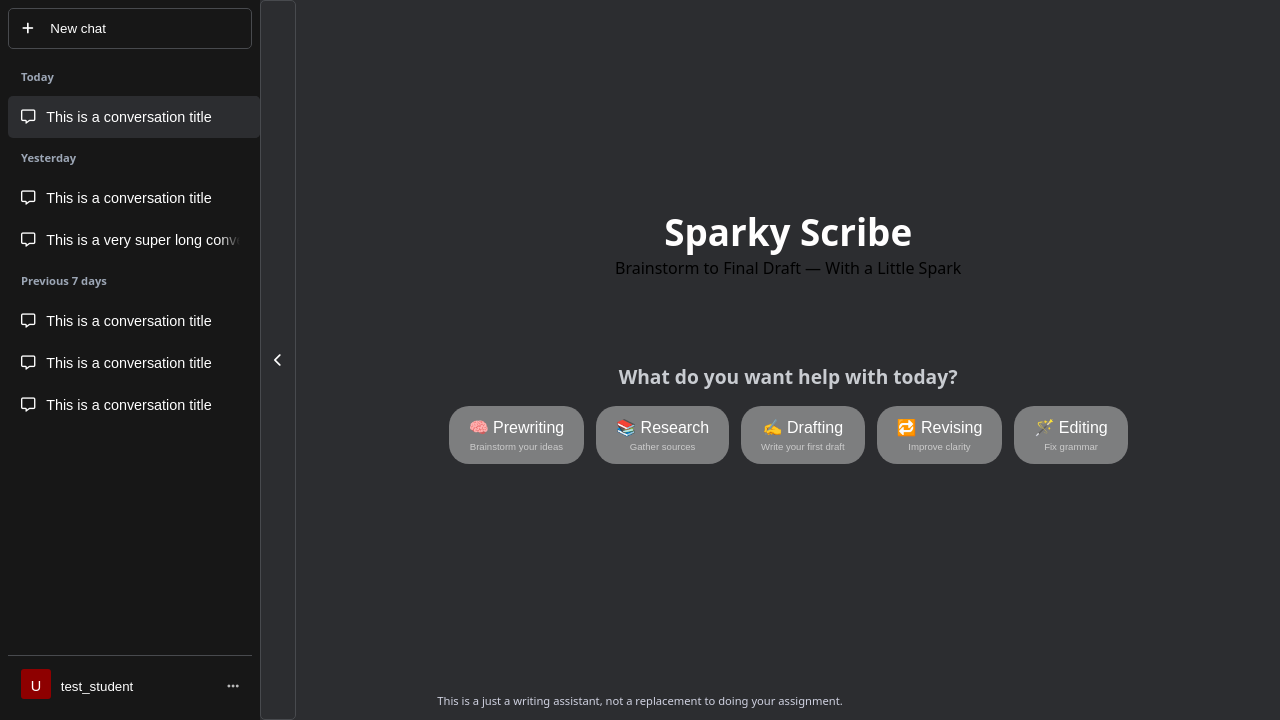
Repository: nysajain/asu-ai-writing-assistant
Page: frontend/index.html
These files come from the project's save history. The page is drawn as it stood at one moment and after the next save; the edit follows.
The browser window is 1280 px wide. The pictures show the whole page.

Above is the page before, as saved 2025-04-21 15:49:41.
Console error: SyntaxError: Invalid or unexpected token

### frontend/index.html
<!DOCTYPE html>
<html lang="en">

<head>
    <meta charset="UTF-8" />
    <meta http-equiv="X-UA-Compatible" content="IE=edge" />
    <meta name="viewport" content="width=device-width, initial-scale=1.0" />
    <link rel="stylesheet" href="style.css" />
    <link rel="stylesheet" href="https://cdnjs.cloudflare.com/ajax/libs/font-awesome/6.4.2/css/all.min.css"
        integrity="sha512-z3gLpd7yknf1YoNbCzqRKc4qyor8gaKU1qmn+CShxbuBusANI9QpRohGBreCFkKxLhei6S9CQXFEbbKuqLg0DA=="
        crossorigin="anonymous" referrerpolicy="no-referrer" />
    <title>Sparky Scribe</title>
    <link rel="icon" type="image/png" href="favicon.png">
</head>

<body>
    <nav id="sidebar">
        <div class="float-top">
            <div class="sidebar-controls">
                <button class="new-chat"><i class="fa fa-plus"></i> New chat</button>
            </div>
            <ul class="conversations">
                <li class="grouping">Today</li>
                <li class="active">
                    <button class="conversation-button"><i class="fa fa-message fa-regular"></i> This is a conversation
                        title</button>
                    <div class="fade"></div>
                    <div class="edit-buttons">
                        <button><i class="fa fa-edit"></i></button>
                        <button><i class="fa fa-trash"></i></button>
                    </div>
                </li>
                <li class="grouping">Yesterday</li>
                <li>
                    <button class="conversation-button"><i class="fa fa-message fa-regular"></i> This is a conversation
                        title</button>
                    <div class="fade"></div>
                    <div class="edit-buttons">
                        <button><i class="fa fa-edit"></i></button>
                        <button><i class="fa fa-trash"></i></button>
                    </div>
                </li>
                <li>
                    <button class="conversation-button"><i class="fa fa-message fa-regular"></i> This is a very super
                        long conversation title that doesn't fit</button>
                    <div class="fade"></div>
                    <div class="edit-buttons">
                        <button><i class="fa fa-edit"></i></button>
                        <button><i class="fa fa-trash"></i></button>
                    </div>
                </li>
                <li class="grouping">Previous 7 days</li>
                <li>
                    <button class="conversation-button"><i class="fa fa-message fa-regular"></i> This is a conversation
                        title</button>
                    <div class="fade"></div>
                    <div class="edit-buttons">
                        <button><i class="fa fa-edit"></i></button>
                        <button><i class="fa fa-trash"></i></button>
                    </div>
                </li>
                <li>
                    <button class="conversation-button"><i class="fa fa-message fa-regular"></i> This is a conversation
                        title</button>
                    <div class="fade"></div>
                    <div class="edit-buttons">
                        <button><i class="fa fa-edit"></i></button>
                        <button><i class="fa fa-trash"></i></button>
                    </div>
                </li>
                <li>
                    <button class="conversation-button"><i class="fa fa-message fa-regular"></i> This is a conversation
                        title</button>
                    <div class="fade"></div>
                    <div class="edit-buttons">
                        <button><i class="fa fa-edit"></i></button>
                        <button><i class="fa fa-trash"></i></button>
                    </div>
                </li>
            </ul>
        </div>
        <div class="user-menu">
            <button>
                <i class="user-icon">u</i>
                test_student
                <i class="fa fa-ellipsis dots"></i>
            </button>
            <ul>
                <li><button>Settings</button></li>
                <li><button>Log out</button></li>
            </ul>
        </div>
    </nav>

    <button class="hide-sidebar" title="Toggle Sidebar"><i class="fa fa-chevron-left"></i></button>

    <main>
        <div class="view new-chat-view">
            <div class="logo">Sparky Scribe</div>
            <p>Brainstorm to Final Draft — With a Little Spark</p>
            <div class="step-selection">
                <p>What do you want help with today?</p>
                <div class="step-buttons">
                    <button class="step-button" data-step="prewriting">
                        🧠 Prewriting
                        <span class="desc">Brainstorm your ideas</span>
                    </button>
                    <button class="step-button" data-step="research">
                        📚 Research
                        <span class="desc">Gather sources</span>
                    </button>
                    <button class="step-button" data-step="drafting">
                        ✍️ Drafting
                        <span class="desc">Write your first draft</span>
                    </button>
                    <button class="step-button" data-step="revising">
                        🔁 Revising
                        <span class="desc">Improve clarity</span>
                    </button>
                    <button class="step-button" data-step="editing">
                        🪄 Editing
                        <span class="desc">Fix grammar</span>
                    </button>
                </div>
            </div>
        </div>

        <div class="view conversation-view" id="prewriting-view" data-step="prewriting">
            <button class="home-icon-button" title="Back to Home"><i class="fa fa-home"></i></button>
            <div class="model-name"><i class="fa fa-pencil"></i> Prewriting</div>
            <div class="messages" id="prewriting-messages"></div>
            <div class="message-form">
                <div class="message-wrapper">
                    <textarea id="message-prewriting" class="message-input" rows="1"
                        placeholder="Send a message"></textarea>
                    <button id="send-prewriting" class="send-button"><i class="fa fa-paper-plane"></i></button>
                </div>
            </div>
        </div>

        <div class="view conversation-view" id="research-view" data-step="research">
            <button class="home-icon-button" title="Back to Home"><i class="fa fa-home"></i></button>
            <div class="model-name"><i class="fa fa-book"></i> Research</div>
            <div class="messages" id="research-messages"></div>
            <div class="message-form">
                <div class="message-wrapper">
                    <textarea id="message-research" class="message-input" rows="1"
                        placeholder="Send a message"></textarea>
                    <button id="send-research" class="send-button"><i class="fa fa-paper-plane"></i></button>
                </div>
            </div>
        </div>

        <div class="view conversation-view" id="drafting-view" data-step="drafting">
            <button class="home-icon-button" title="Back to Home">
                <i class="fa fa-home"></i>
            </button>
            <div class="model-name"><i class="fa fa-keyboard"></i> Drafting</div>
            <div class="messages" id="drafting-messages"></div>
            <div class="message-form">
                <div class="message-wrapper">
                    <textarea id="message-drafting" class="message-input" rows="1"
                        placeholder="Send a message"></textarea>
                    <button id="send-drafting" class="send-button"><i class="fa fa-paper-plane"></i></button>
                </div>
            </div>
        </div>


        <div class="view conversation-view" id="revising-view" data-step="revising">
            <button class="home-icon-button" title="Back to Home"><i class="fa fa-home"></i></button>
            <div class="model-name"><i class="fa fa-sync"></i> Revising</div>
            <div class="messages" id="revising-messages"></div>
            <div class="message-form">
                <div class="message-wrapper">
                    <textarea id="message-revising" class="message-input" rows="1"
                        placeholder="Send a message"></textarea>
                    <button id="send-revising" class="send-button"><i class="fa fa-paper-plane"></i></button>
                </div>
            </div>
        </div>

        <div class="view conversation-view" id="editing-view" data-step="editing">
            <button class="home-icon-button" title="Back to Home"><i class="fa fa-home"></i></button>
            <div class="model-name"><i class="fa fa-spell-check"></i> Editing</div>
            <div class="messages" id="editing-messages"></div>
            <div class="message-form">
                <div class="message-wrapper">
                    <textarea id="message-editing" class="message-input" rows="1"
                        placeholder="Send a message"></textarea>
                    <button id="send-editing" class="send-button"><i class="fa fa-paper-plane"></i></button>
                </div>
            </div>
        </div>
        <div class="disclaimer">
            This is a just a writing assistant, not a replacement to doing your assignment.
        </div>
    </main>

    <script src="script.js"></script>
</body>

</html>

### frontend/style.css
html,
body {
    width: 100%;
    height: 100%;
    margin: 0;
    padding: 0;
}

:root {
    --color-white: #fff;
    --color-main: #2c2d30;
    --color-main-fade: #2c2d3000;
    --color-secondary: #171717;
    --color-secondary-fade: #17171700;
    --color-button-hover: #242629;
    --color-button-hover-fade: #24262900;
    --color-user-icon: #8e0000;
    --color-groupings: #9ca6b5;
    --color-gpt-icon: #000000;
    --color-black: #1e1e1f;
    --color-user-menu-hover: #383b42;
    --color-text: #f5f9ff;
    --color-gpt3: #5fc319;
    --color-gpt4: #f22626;
    --color-secondary-p: #c9ccd1;
    --color-logo: #fffefe;
    --color-model-name: #ffffff;
    --color-assistant-bg: #3f4042;
    --color-assistant-text: #e1e6ed;
    --color-disclaimer: #d0d2e1;
    --color-border1: #484a4e;
    --color-user-menu-border: #34373a;
    --color-user-menu-selected-border: #4a5562;
    --color-border2: #292d32;
    --color-user-message-border: #2f353d;
}

body {
    background: var(--color-main);
    display: flex;
    font-size: 1em;
    font-family: system-ui, sans-serif;
}

#sidebar {
    position: relative;
    left: 0;
    background: var(--color-secondary);
    width: 260px;
    padding: 8px;
    box-sizing: border-box;
    display: flex;
    justify-content: space-between;
    flex-direction: column;
    transition: all 0.2s ease-in-out;
}

.float-top {
    display: flex;
    flex-direction: column;
    height: calc(100% - 50px);
}

#sidebar.hidden {
    left: -260px;
    margin-right: -260px;
}

#sidebar.hidden .hide-sidebar {
    left: 60px;
    transform: rotate(180deg);
    padding: 15px 13px 11px 13px;
}

button {
    display: block;
    background: inherit;
    border: 1px solid var(--color-border1);
    border-radius: 5px;
    color: var(--color-white);
    padding: 13px;
    box-sizing: border-box;
    text-align: left;
    cursor: pointer;
}

button:hover {
    background: var(--color-button-hover);
}

.sidebar-controls {
    display: flex;
    gap: 10px;
    margin-bottom: 8px;
}

.sidebar-controls button {
    padding: 12px 13px 12px 13px;
    color: white
}

.hide-sidebar {
    position: relative;
    left: 0;
    top: 0;
    transition: all 0.2s ease-in-out;
    transform: rotate(0deg);
}

.new-chat i {
    margin-right: 13px;
}

.new-chat {
    flex: 1;
}

.conversations {
    width: calc(100% + 8px);
    overflow-y: scroll;
}

.conversations,
.conversations li {
    list-style: none;
    list-style-type: none;
    margin: 0;
    padding: 0;
}

.conversations li {
    position: relative;
}

.conversations li .fa {
    margin-right: 7px;
}

.conversations li>button {
    width: 100%;
    border: none;
    font-size: 0.9em;
    white-space: nowrap;
    overflow: hidden;
}

.conversations li.active>button {
    background: var(--color-main);
}

.edit-buttons {
    display: none;
    position: absolute;
    right: 8px;
    top: 0;
}

.conversations li:hover .edit-buttons {
    display: flex;
}

.fade {
    position: absolute;
    right: 0;
    top: 0;
    background: var(--color-user-icon);
    width: 40px;
    height: 100%;
    border-radius: 5px;
    background: transparent;
    background: linear-gradient(90deg, var(--color-secondary-fade) 0%, var(--color-secondary) 50%);
}

.conversations li.active .fade {
    background: linear-gradient(90deg, var(--color-main-fade) 0%, var(--color-main) 50%);
}

.conversations li:hover .fade {
    width: 80px;
    background: linear-gradient(90deg, var(--color-button-hover-fade) 0%, var(--color-button-hover) 30%);
}

.edit-buttons button {
    border: none;
    padding: 0;
    margin: 13px 1px 13px 1px;
    opacity: 0.7;
}

.edit-buttons button:hover {
    background: none;
    opacity: 1;
}

.conversations li.grouping {
    color: var(--color-groupings);
    font-size: 0.7em;
    font-weight: bold;
    padding-left: 13px;
    margin-top: 12px;
    margin-bottom: 12px;
}

i.user-icon {
    padding: 6px;
    color: var(--color-white);
    background: var(--color-user-icon);
    display: inline-block;
    text-align: center;
    width: 15px;
    border-radius: 3px;
    margin-right: 6px;
    font-style: normal;
    width: 18px;
    height: 18px;
    font-size: 15px;
    text-transform: uppercase;
    font-family: system-ui, sans-serif;
}

.gpt.user-icon {
    background: var(--color-gpt-icon);
}

.user-menu {
    position: relative;
    border-top: 1px solid var(--color-border1);
}

.user-menu button {
    width: 100%;
    border: none;
}

.user-menu .dots {
    position: relative;
    top: 11px;
    float: right;
    opacity: 0.7;
}

.user-menu>ul,
.user-menu li {
    list-style: none;
    list-style-type: none;
    padding: 0;
    margin: 0;
}

.user-menu>ul {
    display: none;
    position: absolute;
    top: 0;
    left: 0;
    opacity: 0;
    transform: translateY(-100%);
    background: var(--color-black);
    border-radius: 10px;
    width: 100%;
    transition: all 0.2s ease-in-out;
}

.user-menu>ul.show-animate {
    display: block;
}

.user-menu>ul.show {
    opacity: 1;
    margin-top: -8px;
}

.user-menu li button {
    border-radius: 0;
}

.user-menu li button:hover {
    background: var(--color-user-menu-hover);
}

.user-menu li:first-child button {
    border-top-left-radius: 5px;
    border-top-right-radius: 5px;
}

.user-menu li:last-child button {
    border-top: 1px solid var(--color-user-menu-border);
    border-bottom-left-radius: 5px;
    border-bottom-right-radius: 5px;
}

::-webkit-scrollbar {
    width: 9px;
}

::-webkit-scrollbar-track {
    background-color: transparent;
}

::-webkit-scrollbar-thumb {
    background-color: transparent;
}

:hover::-webkit-scrollbar-thumb {
    background-color: var(--color-text)c3;
    border-radius: 5px;
}

::-webkit-scrollbar-thumb:hover {
    background-color: var(--color-text);
    border-radius: 5px;
}

main {
    width: 100%;
    margin: 0 auto;
    display: flex;
    flex-direction: column;
    align-content: center;
    justify-content: space-between;
    padding: 0 0 30px 0;
    box-sizing: border-box;
    position: relative;
}

main .view {
    display: flex;
    flex-direction: column;
}

.logo {
    position: relative;
    z-index: 1;
    color: var(--color-logo);
    font-weight: bold;
    text-align: center;
    font-size: 2.3em;
}


.view.new-chat-view {
    display: flex;
    flex-direction: column;
    justify-content: center;
    align-items: center;
    height: 100vh;
}

.step-selection {
    color: var(--color-logo);
    font-weight: bold;
    text-align: center;
    font-size: 2.3em;
    padding: 20px;
}

.view.conversation-view {
    display: none;
    flex-direction: column;
    height: 100vh;
    position: relative;
    padding-bottom: 100px;
}

.model-name {
    background: var(--color-main);
    text-align: center;
    color: var(--color-model-name);
    padding: 23px;
    border-bottom: 1px solid var(--color-border2);
    font-size: 0.85em;
}

.message {
    display: flex;
    gap: 20px;
    padding: 25px 60px 15px 60px;
    border-bottom: 1px solid var(--color-border2);
    font-size: 0.95em;
}

.messages {
    padding-bottom: 120px;
}

.message .content {
    padding-top: 5px;
}

.user.message {
    color: var(--color-text);
}

.assistant.message {
    background: var(--color-assistant-bg);
    color: var(--color-assistant-text);
}


.message-form {
    position: fixed;
    bottom: 40px;
    left: 0;
    right: 0;
    width: 100%;
    display: flex;
    justify-content: center;
    z-index: 100;
    background: transparent;
    padding: 0 20px;
}

.message-wrapper {
    width: 100%;
    max-width: 850px;
    background: var(--color-user-menu-hover);
    border-radius: 25px;
    display: flex;
    align-items: center;
    padding: 10px 20px;
    border: 1px solid var(--color-user-message-border);
    box-shadow: rgba(0, 0, 0, 0.3) 0 0 10px;
}

textarea.message-input {
    background: var(--color-user-menu-hover);
    border-radius: 13px;
    width: 100%;
    box-sizing: border-box;
    border: 1px solid var(--color-user-message-border);
    resize: none;
    padding: 17px 85px 17px 15px;
    font-family: inherit;
    font-size: 1em;
    color: var(--color-white);
    box-shadow: rgba(0, 0, 0, 0.2) 0 0 45px;
    outline: none;
}

textarea.message-input::placeholder {
    color: var(--color-groupings);
}

.send-button {
    background: #4caf50;
    border: none;
    color: white;
    padding: 10px;
    border-radius: 50%;
    margin-left: 12px;
    cursor: pointer;
    font-size: 1.2em;
    flex-shrink: 0;
    display: flex;
    align-items: center;
    justify-content: center;
    min-width: 40px;
    min-height: 40px;
}

.send-button:hover {
    background: #45a049;
}

.disclaimer {
    position: fixed;
    bottom: 0;
    left: 0;
    right: 0;
    margin-top: 12px;
    margin-bottom: 12px;
    color: var(--color-disclaimer);
    font-size: 0.7em;
    text-align: center;
}

p {
    margin: 0 0 1.5em 0;
}

.step-selection {
    text-align: center;
    margin-top: 40px;
}

.step-selection p {
    font-size: 1.2rem;
    margin-bottom: 16px;
    color: var(--color-secondary-p);
}

.step-buttons {
    display: flex;
    flex-wrap: wrap;
    justify-content: center;
    gap: 12px;
}

.step-button {
    padding: 12px 20px;
    font-size: 1rem;
    border: none;
    background-color: #f0f0f069;
    border-radius: 20px;
    cursor: pointer;
    transition: all 0.2s;
    display: flex;
    flex-direction: column;
    align-items: center;
    text-align: center;
}

.step-button .desc {
    font-size: 0.6rem;
    color: #ccc;
    margin-top: 4px;
    font-weight: normal;
}


.step-button:hover {
    background-color: #ddddddb5;
}

.home-icon-button {
    position: absolute;
    top: 16px;
    right: 16px;
    background: none;
    border: none;
    font-size: 1.2rem;
    cursor: pointer;
    color: #555;
    z-index: 10;
}

.home-icon-button:hover {
    color: #cfc9c9c2;
}

.assistant.message .content p {
    margin-bottom: 0.5em;
    line-height: 1.5;
}

.assistant.message .content strong {
    color: #ffecb3;
    font-weight: 600;
}

### frontend/script.js
const sidebar = document.querySelector("#sidebar");
const hide_sidebar = document.querySelector(".hide-sidebar");
const new_chat_button = document.querySelector(".new-chat");

hide_sidebar.addEventListener("click", () => {
    sidebar.classList.toggle("hidden");
});


const user_menu = document.querySelector(".user-menu ul");
const show_user_menu = document.querySelector(".user-menu button");

show_user_menu.addEventListener("click", () => {
    if (user_menu.classList.contains("show")) {
        user_menu.classList.toggle("show");
        setTimeout(() => {
            user_menu.classList.toggle("show-animate");
        }, 200);
    } else {
        user_menu.classList.toggle("show-animate");
        setTimeout(() => {
            user_menu.classList.toggle("show");
        }, 50);
    }
});

function show_view(view_selector) {
    document.querySelectorAll(".view").forEach(view => {
        view.style.display = "none";
    });

    const view = document.querySelector(view_selector);
    if (view) view.style.display = "flex";
}

function showStepView(step) {
    document.querySelectorAll(".view.conversation-view").forEach(view => {
        view.style.display = "none";
    });

    show_view(".hide-all");

    const selectedView = document.querySelector(`#${step}-view`);
    if (selectedView) selectedView.style.display = "flex";
}

new_chat_button.addEventListener("click", () => {
    show_view(".new-chat-view");
});

document.querySelectorAll(".conversation-button").forEach(button => {
    button.addEventListener("click", () => {
        show_view(".conversation-view");
    });
});

let currentStep = null;

document.querySelectorAll(".tab").forEach(tab => {
    tab.addEventListener("click", () => {
        document.querySelectorAll(".tab").forEach(t => t.classList.remove("active"));
        tab.classList.add("active");

        currentStep = tab.dataset.step;
        showStepView(currentStep);
    });
});

document.querySelectorAll(".step-button").forEach(button => {
    button.addEventListener("click", () => {
        const step = button.dataset.step;
        currentStep = step;

        document.querySelectorAll(".tab").forEach(t => {
            t.classList.toggle("active", t.dataset.step === step);
        });

        showStepView(step);
    });
});

document.querySelectorAll(".home-icon-button").forEach(button => {
    button.addEventListener("click", () => {
        currentStep = null;
        document.querySelectorAll(".view.conversation-view").forEach(view => {
            view.style.display = "none";
        });
        document.querySelectorAll(".tab").forEach(t => t.classList.remove("active"));
        show_view(".new-chat-view");
    });
});



const steps = ["prewriting", "research", "drafting", "revising", "editing"];
const API_BASE_URL = "https:

function formatResponse(text) {
    return text
        .replace(/\*\*(.*?)\*\*/g, "<strong>$1</strong>")
        .split("\n")
        .map(line => `<p>${line.trim()}</p>`)
        .join("");
}

steps.forEach(step => {
    const textarea = document.getElementById(`message-${step}`);
    const sendBtn = document.getElementById(`send-${step}`);
    const messagesContainer = document.getElementById(`${step}-messages`);

    if (!textarea || !sendBtn || !messagesContainer) return;


    textarea.addEventListener("input", () => {
        textarea.style.height = "auto";
        textarea.style.height = Math.min(textarea.scrollHeight + 2, 200) + "px";
    });


    sendBtn.addEventListener("click", async () => {
        const userMessage = textarea.value.trim();
        if (!userMessage) return;


        const userDiv = document.createElement("div");
        userDiv.className = "user message";
        userDiv.innerHTML = `
            <div class="identity"><i class="user-icon">u</i></div>
            <div class="content"><p>${userMessage}</p></div>
        `;
        messagesContainer.appendChild(userDiv);


        textarea.value = "";
        textarea.style.height = "auto";

        try {
            const res = await fetch(`${API_BASE_URL}/${step}/chat`, {
                method: "POST",
                headers: { "Content-Type": "application/json" },
                body: JSON.stringify({ message: userMessage }),
            });

            const data = await res.json();

            const botDiv = document.createElement("div");
            botDiv.className = "assistant message";
            botDiv.innerHTML = `
                <div class="identity"><i class="gpt user-icon">G</i></div>
                <div class="content">${formatResponse(data.response)}</div>
            `;
            messagesContainer.appendChild(botDiv);
            setTimeout(() => {
                messagesContainer.scrollTop = messagesContainer.scrollHeight;
            }, 50);
        } catch (err) {
            const errorDiv = document.createElement("div");
            errorDiv.className = "assistant message";
            errorDiv.innerHTML = `
                <div class="identity"><i class="gpt user-icon">G</i></div>
                <div class="content"><p><b>Error:</b> Could not reach the server.</p></div>
            `;
            messagesContainer.appendChild(errorDiv);
        }
    });
});

After the next save:
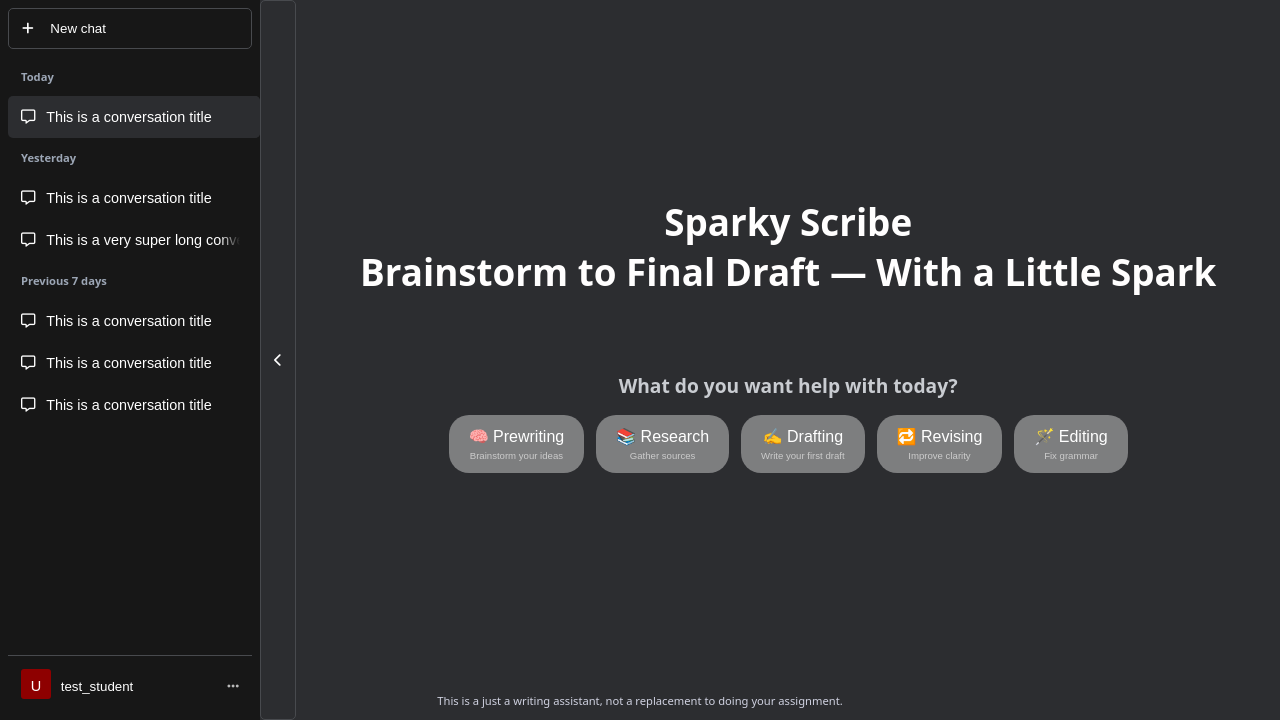
Saved 19 s later.
--- a/frontend/index.html
+++ b/frontend/index.html
@@ -96,7 +96,7 @@
 
     <main>
         <div class="view new-chat-view">
-            <div class="logo">Sparky Scribe</div>
+            <div class="logo">Sparky Scribe
             <p>Brainstorm to Final Draft — With a Little Spark</p>
             <div class="step-selection">
                 <p>What do you want help with today?</p>
